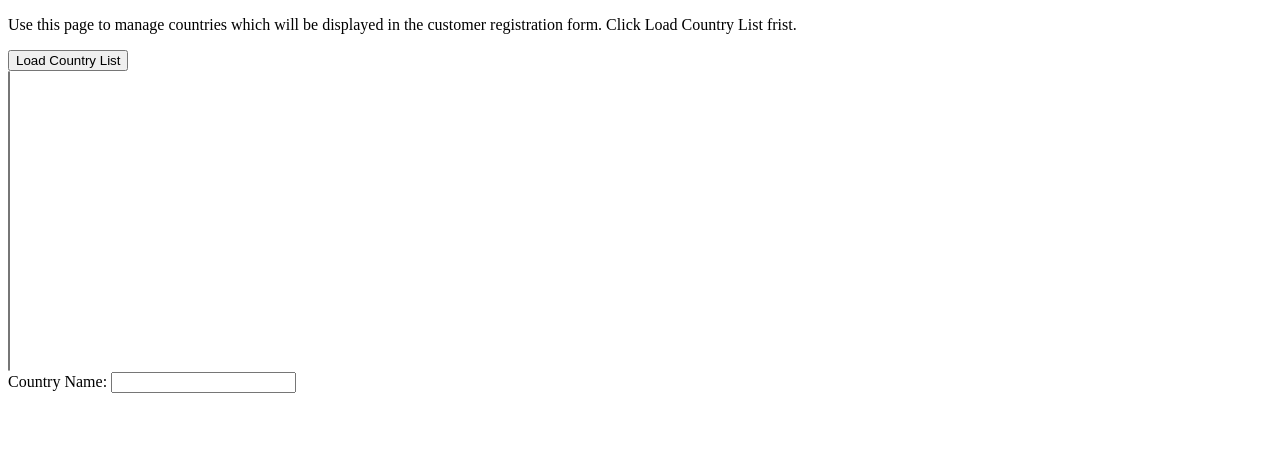
Repository: Tungk02/Shopme
Page: http://localhost/settings/states
An editor plug-in stored every save of this project. The page is shown before and after the next save, followed by the edit.
The browser window is 1280 px wide. The pictures show the whole page.
The page is this project's Thymeleaf template; nobody is signed in. The template is opened directly, without the code that normally fills it, so the values that code supplies are empty.

Above is the page before, as saved 2023-11-25 15:58:10.

After the next save:
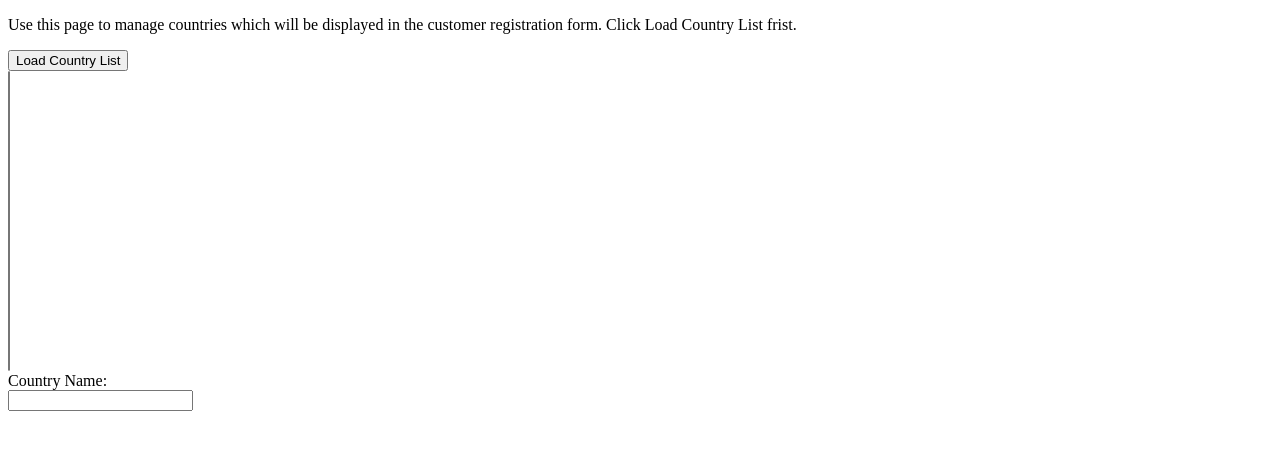
Saved 46 s later.
--- a/ShopmeEcommerce/ShopmeProject/ShopmeWebParent/ShopmeBackEnd/src/main/resources/templates/settings/states.html
+++ b/ShopmeEcommerce/ShopmeProject/ShopmeWebParent/ShopmeBackEnd/src/main/resources/templates/settings/states.html
@@ -19,7 +19,10 @@
 		</div>
 		<div class="form-group row">
 			<label class="col-form-label">Country Name:</label>
-			<input type="text" class="form-control" id="fieldCountryName" />
+			<div class="col-md">
+				<input type="text" class="form-control" id="fieldCountryName" />
+			</div>
+
 		</div>
 	</div>
 </body>
